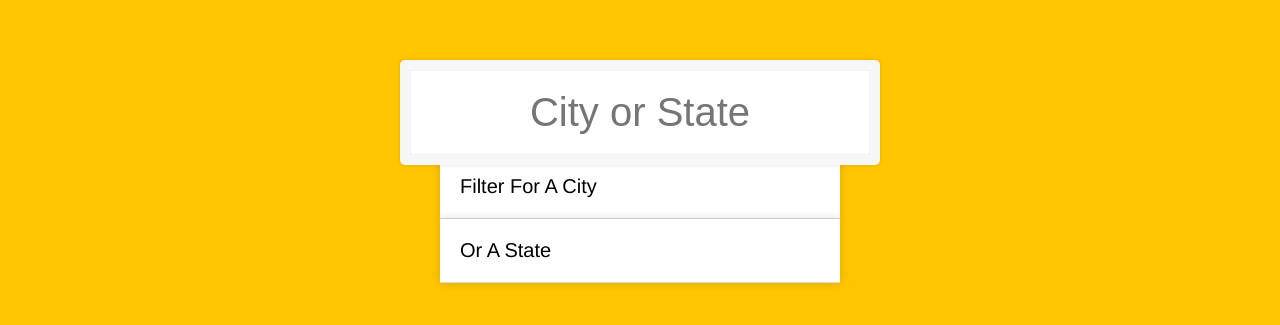
Repository: Saieebawake/Type-Ahead-City-or-State-Search
Page: index.html
An editor plug-in stored every save of this project. The page is shown before and after a run of saves, followed by the edit.
The browser window is 1280 px wide. The pictures show the whole page.
The page's requests for data from a server got no answer.

Above is the page before, as saved 2026-09-27 20:40:48.

### index.html
<!DOCTYPE html>
<html lang="en">
<head>
    <meta charset="UTF-8">
    <meta name="viewport" content="width=device-width, initial-scale=1.0">
    <title>Type Ahead</title>
    <link rel="stylesheet" href="style.css">
</head>
<body>
    <form class="search-form">
        <input type="text" class="search" placeholder="City or State">
        <ul class="suggestions">
            <li>Filter for a city</li>
            <li>or a state</li>
        </ul>
    </form>
    <script src="script.js"></script>
</body>
</html>

### style.css
html {
    box-sizing: border-box;
    background: #ffc600;
    font-family: 'helvetica neue';
    font-size: 20px;
    font-weight: 200;
}

*, *:before, *:after {
    box-sizing: inherit;
}

input {
    width: 100%;
    padding: 20px;
}

.search-form {
    max-width: 400px;
    margin: 50px auto;
}

input.search {
    margin: 0;
    text-align: center;
    outline: 0;
    border: 10px solid #f7f7f7;
    width: 120%;
    left: -10%;
    position: relative;
    top: 10px;
    z-index: 2;
    border-radius: 5px;
    font-size: 40px;
    box-shadow: 0 0 5px rgba(0, 0, 0, 0.12), inset 0 0 2px rgba(0, 0, 0, 0.19);
}

.suggestions {
    margin: 0;
    padding: 0;
    position: relative;
}

.suggestions li {
    background: white;
    list-style: none;
    border-bottom: 1px solid #d8d8d8;
    box-shadow: 0 0 10px rgba(0, 0, 0, 0.14);
    margin: 0;
    padding: 20px;
    transition: background 0.2s;
    display: flex;
    justify-content: space-between;
    text-transform: capitalize;
}

.suggestions li:nth-child(even) {
    transform:
}

### script.js
const endpoint = 'https://gist.githubusercontent.com/Miserlou/c5cd8364bf9b2420bb29/raw/2bf258763cdddd704f8ffd3ea9a3e81d25e2c6f6/cities.json'

const cities = [];

fetch(endpoint)
.then(blob => blob.json())
.then(data => cities.push(...data))

function findMatches(wordToMatch, cities) {
    return cities.filter(place => {
        const regex = new RegExp(wordToMatch, 'gi');
        return place.city.match(regex) || place.state.match(regex)
    });
}

function numberWithCommas(x) {
    return x.toString().replace(/|B(?=(\d{3})+(?!\d))/g, ',');
}

function displayMatches() {
    const matchArray = findMatches(this.value, cities);
    const html = matchArray.map(place => {
        const regex = new RegExp(this.value, 'gi');
        const cityName = place.city.replace(regex,`<span class="hl">${this.value}</span>`);
        const stateName = place.state.replace(regex,`<span class="hl">${this.value}</span>`);
        return `
        <li>
        <span class="name">${cityName}, ${stateName}</span>
        <span class="population">${numberWithCommas(place.population)}</span>
        </li>`;
    }).join('');
    suggestions.innerHTML = html;
}

const searchInput = document.querySelector('.search');
const suggestions = document.querySelector('.suggestions');

searchInput.addEventListener('change', displayMatches);
searchInput.addEventListener('keyup', displayMatches);

After the next 4 saves:
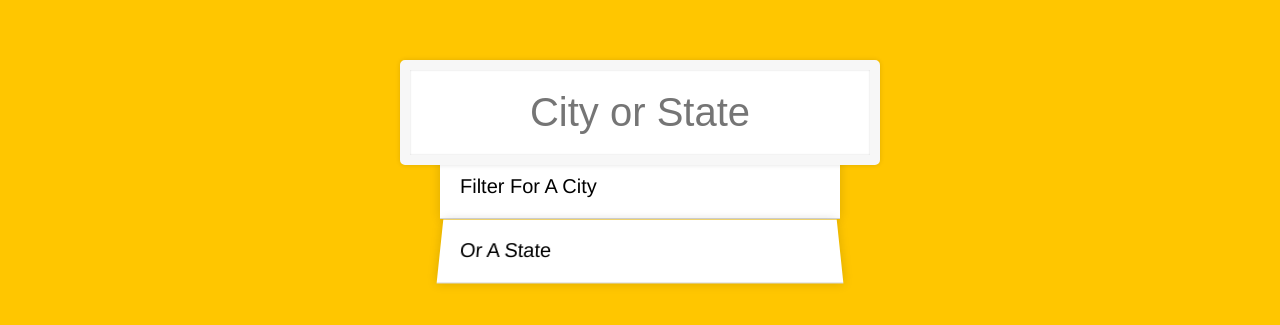
The 4 saves are shown as one change because they came seconds apart.
The last was saved 14 s later.
--- a/style.css
+++ b/style.css
@@ -55,5 +55,5 @@ input.search {
 }
 
 .suggestions li:nth-child(even) {
-    transform:
+    transform: perspective(100px) rotateX(3deg)
 }
